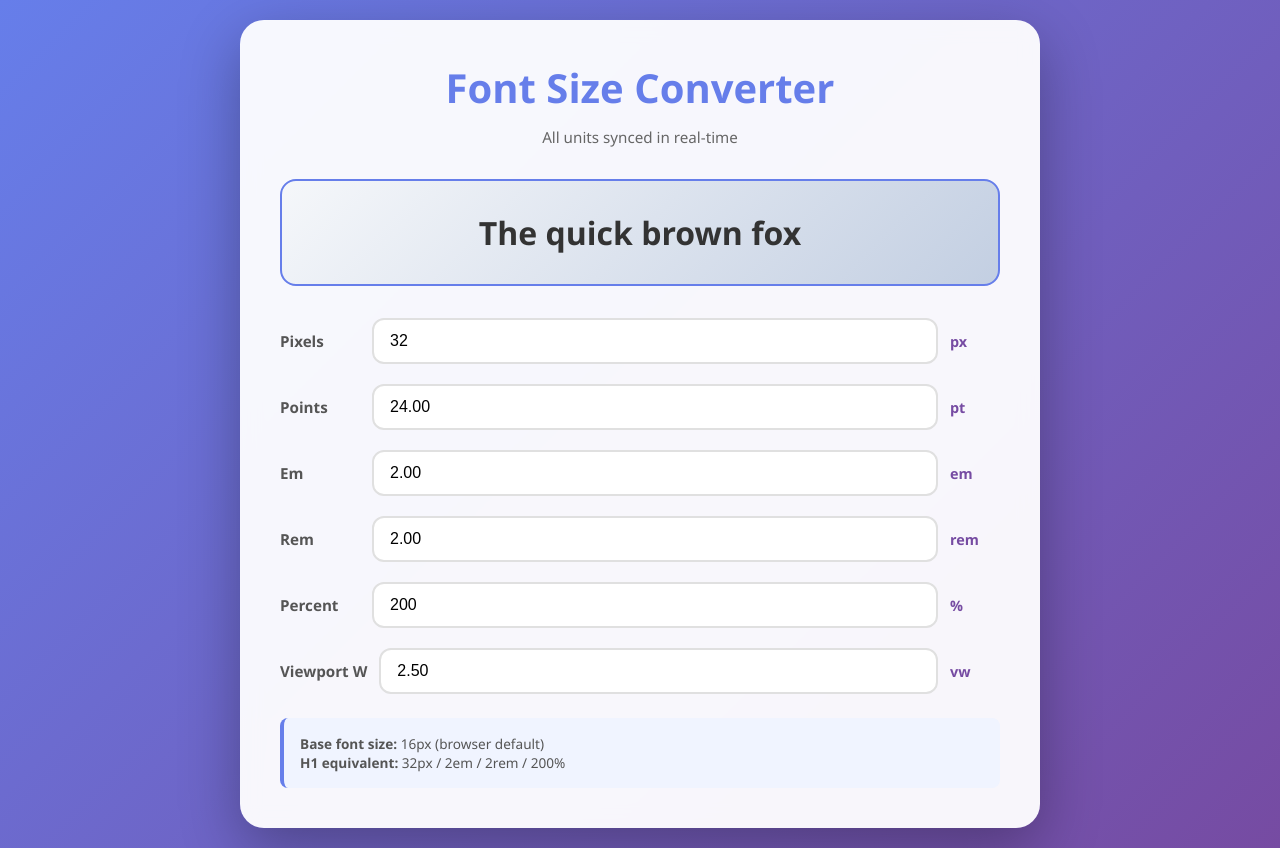
Repository: JasonMorta/Font-Unit-Converter
Page: Unit_Converter.html
These files come from the project's save history. The page is drawn as it stood at one moment and after the next save; the edit follows.
The browser window is 1280 px wide. The pictures show the whole page.

Above is the page before, as saved 2025-12-15 10:18:22.

After the next save:
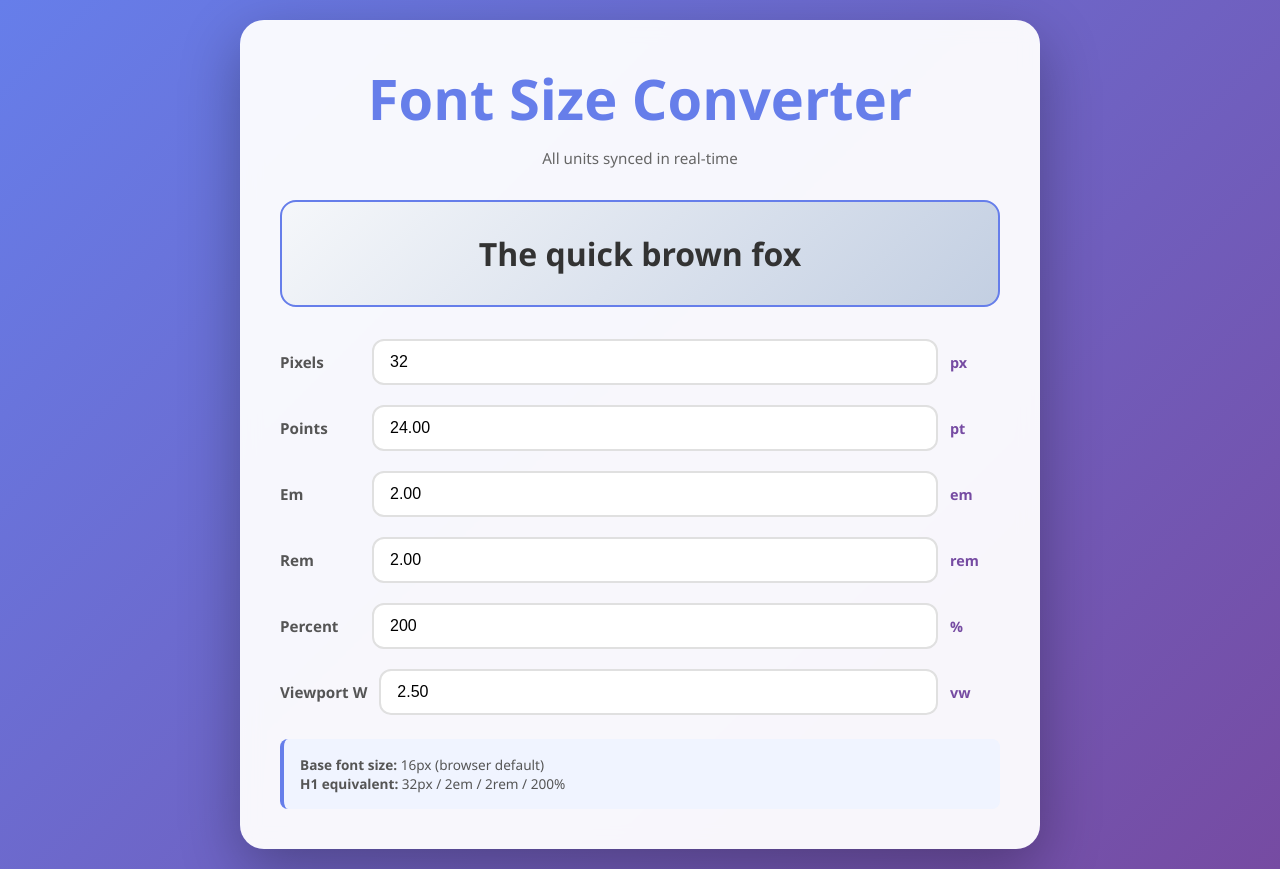
Saved 7 s later.
--- a/Unit_Converter.html
+++ b/Unit_Converter.html
@@ -35,7 +35,7 @@
             text-align: center;
             color: #667eea;
             margin-bottom: 12px;
-            font-size: 2.5rem;
+            font-size: 3.5rem;
         }
 
         .subtitle {

After the save that followed:
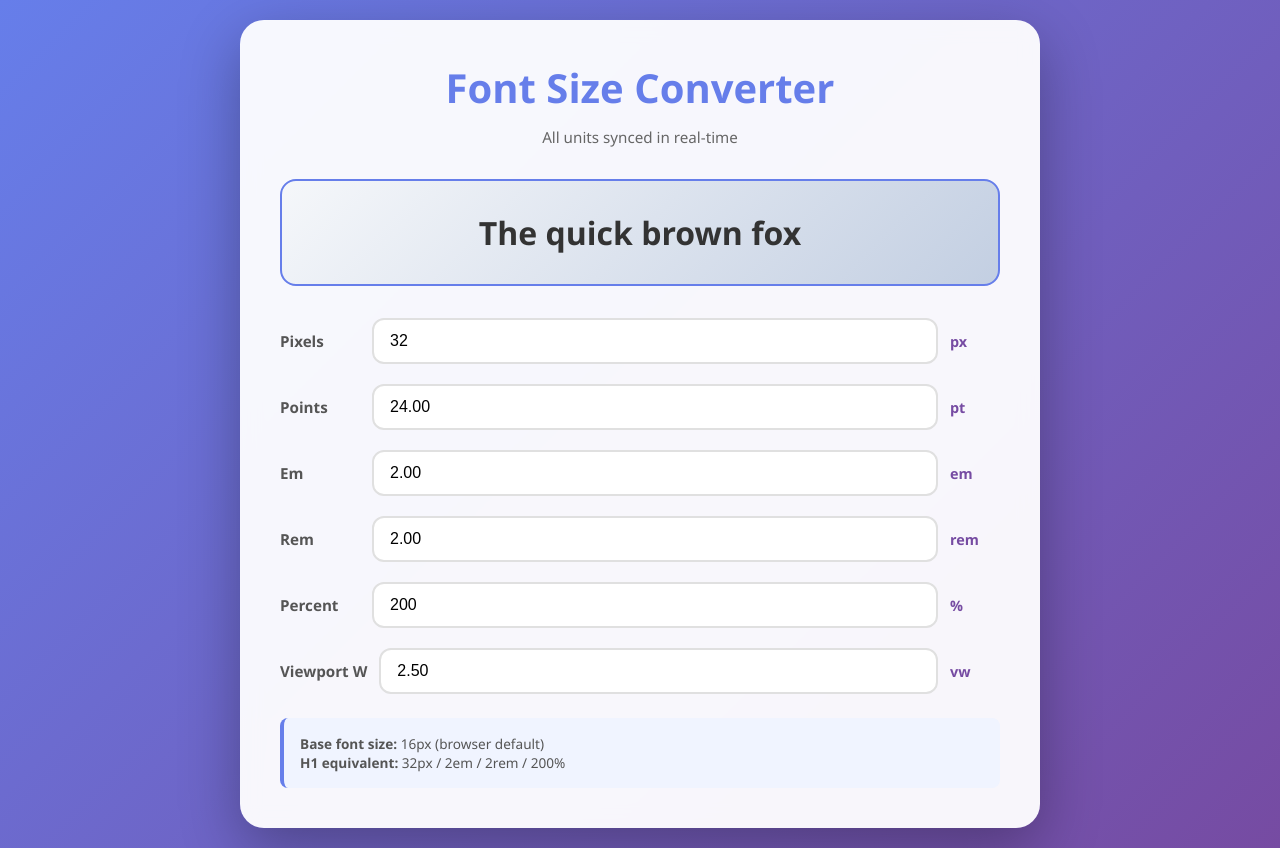
Saved 7 s later.
--- a/Unit_Converter.html
+++ b/Unit_Converter.html
@@ -35,7 +35,7 @@
             text-align: center;
             color: #667eea;
             margin-bottom: 12px;
-            font-size: 3.5rem;
+            font-size: 2.5rem;
         }
 
         .subtitle {
